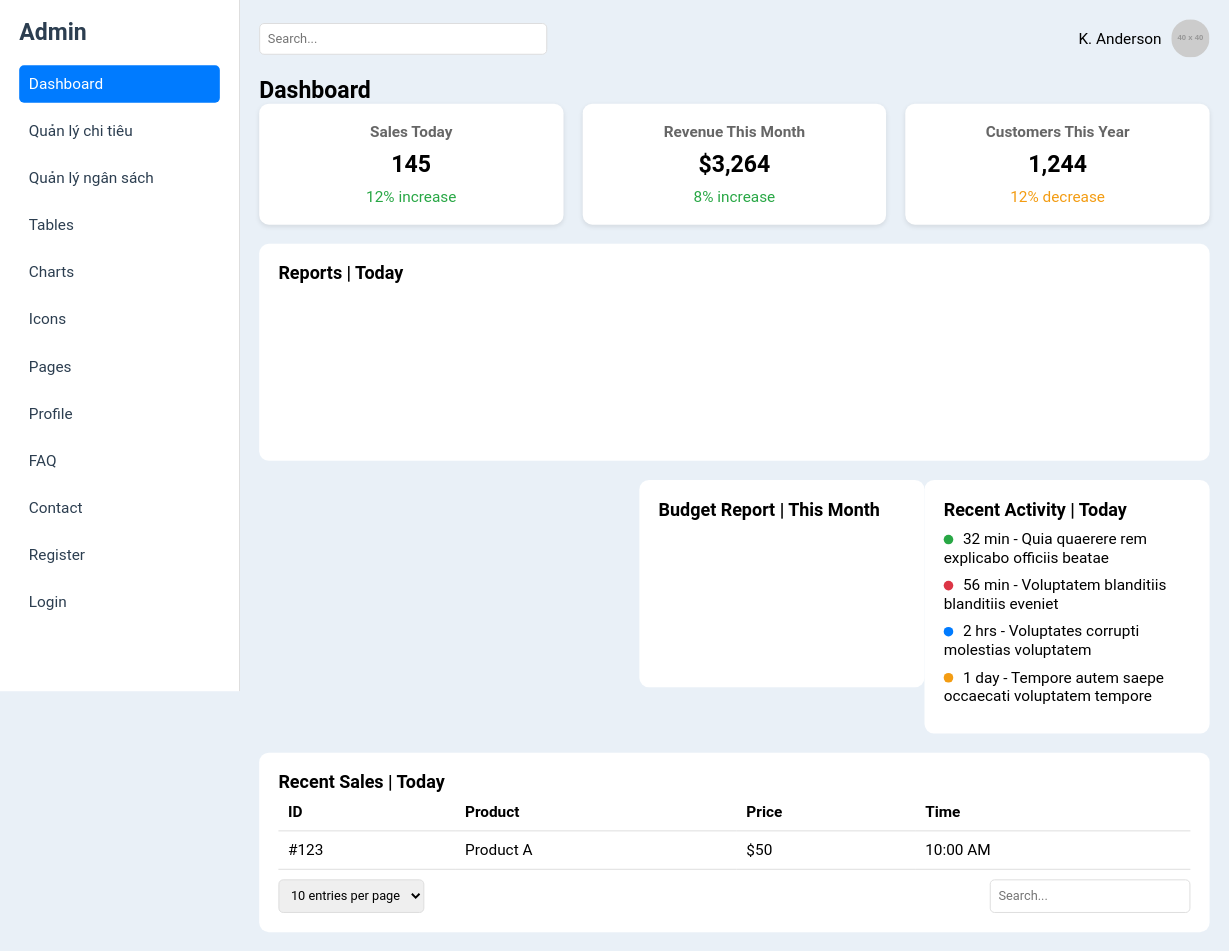
Repository: PhanVanHoa051204/Project3
Page: http://localhost/Project3/dashboard.jsp
An editor plug-in stored every save of this project. The page is shown before and after the next save, followed by the edit.
The browser window is 1280 px wide. The pictures show the whole page, at 96% of full size.
The page is served by Tomcat 9.

Above is the page before, as saved 2025-03-12 13:52:24.
Console error: ReferenceError: Chart is not defined

After the next save:
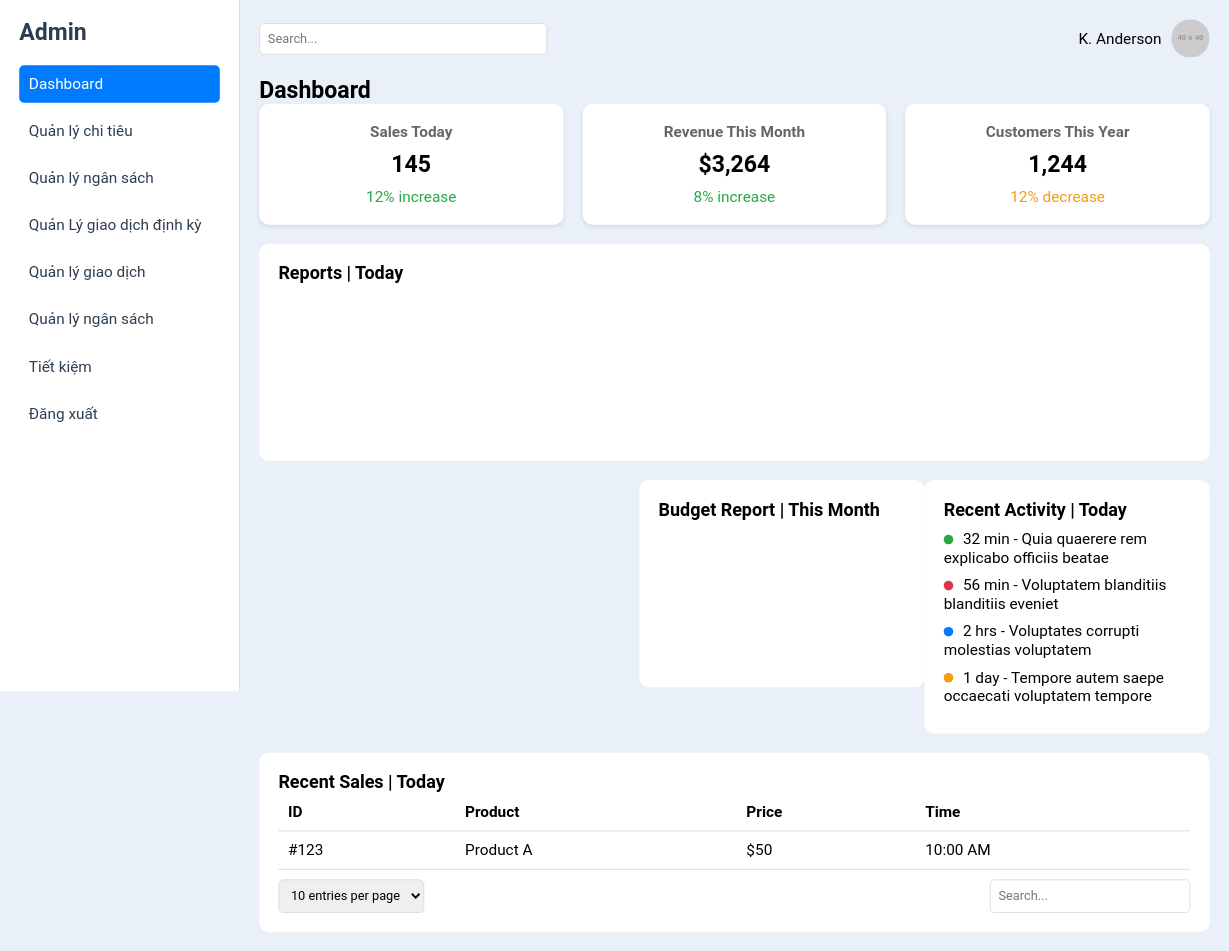
Saved 84 s later.
--- a/PhanVanHoa_2210900023_K22CNT1/Project3/src/main/webapp/dashboard.jsp
+++ b/PhanVanHoa_2210900023_K22CNT1/Project3/src/main/webapp/dashboard.jsp
@@ -17,15 +17,11 @@
                 <li class="active"><a href="#">Dashboard</a></li>
                 <li><a href="#">Quản lý chi tiêu</a></li>
                 <li><a href="#">Quản lý ngân sách</a></li>
-                <li><a href="#">Tables</a></li>
-                <li><a href="#">Charts</a></li>
-                <li><a href="#">Icons</a></li>
-                <li><a href="#">Pages</a></li>
-                <li><a href="#">Profile</a></li>
-                <li><a href="#">FAQ</a></li>
-                <li><a href="#">Contact</a></li>
-                <li><a href="#">Register</a></li>
-                <li><a href="#">Login</a></li>
+                <li><a href="#">Quản Lý giao dịch định kỳ</a></li>
+                <li><a href="#">Quản lý giao dịch</a></li>
+                <li><a href="#">Quản lý ngân sách</a></li>
+                <li><a href="#">Tiết kiệm</a></li>
+                <li><a href="#">Đăng xuất</a></li>
 
             </ul>
         </div>
